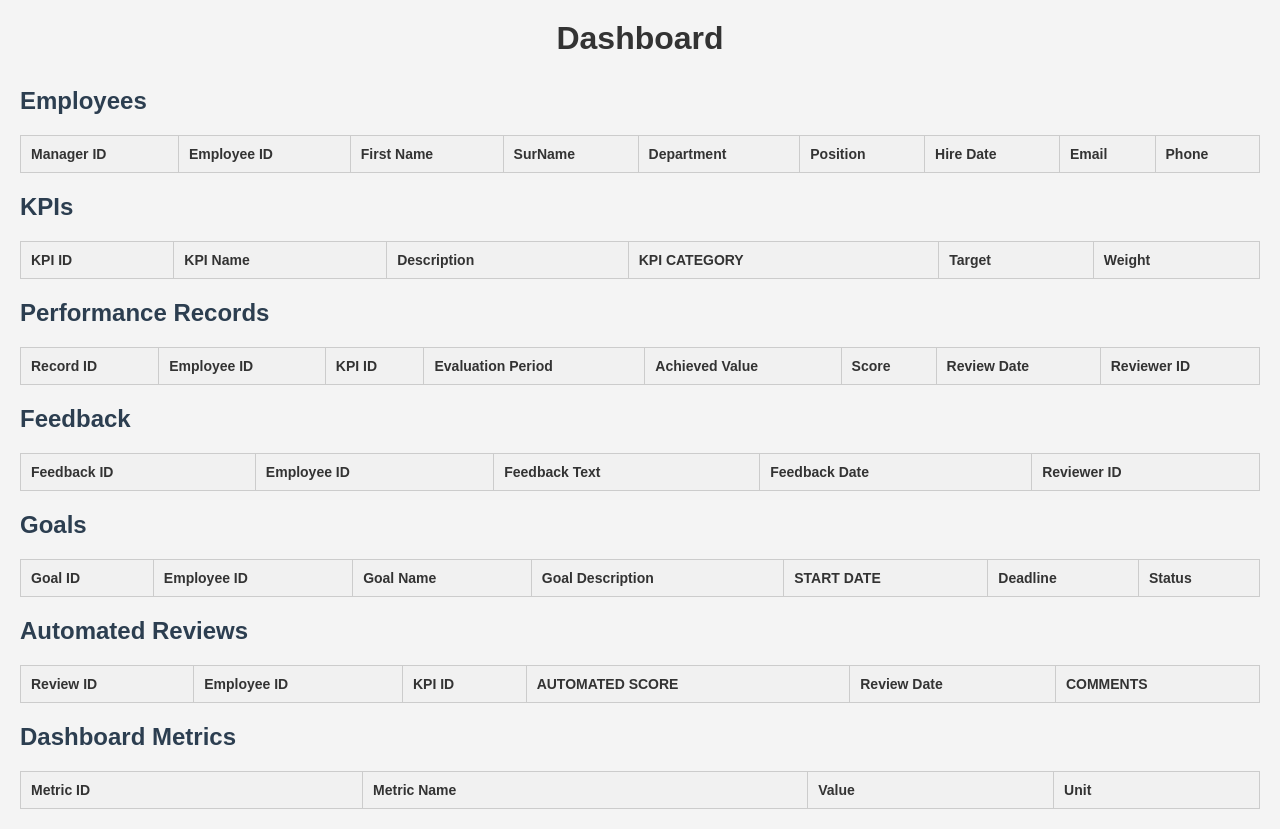
Repository: Wuda2000/Mongodb
Page: http://localhost/dashboard
An editor plug-in stored every save of this project. The page is shown before and after the next save, followed by the edit.
The browser window is 1280 px wide. The pictures show the whole page.
The page is served by the project's application, run on Flask 3 (app.py). Queries for data that is not in the repository find no rows.

Above is the page before, as saved 2024-11-11 18:49:16.

After the next save:
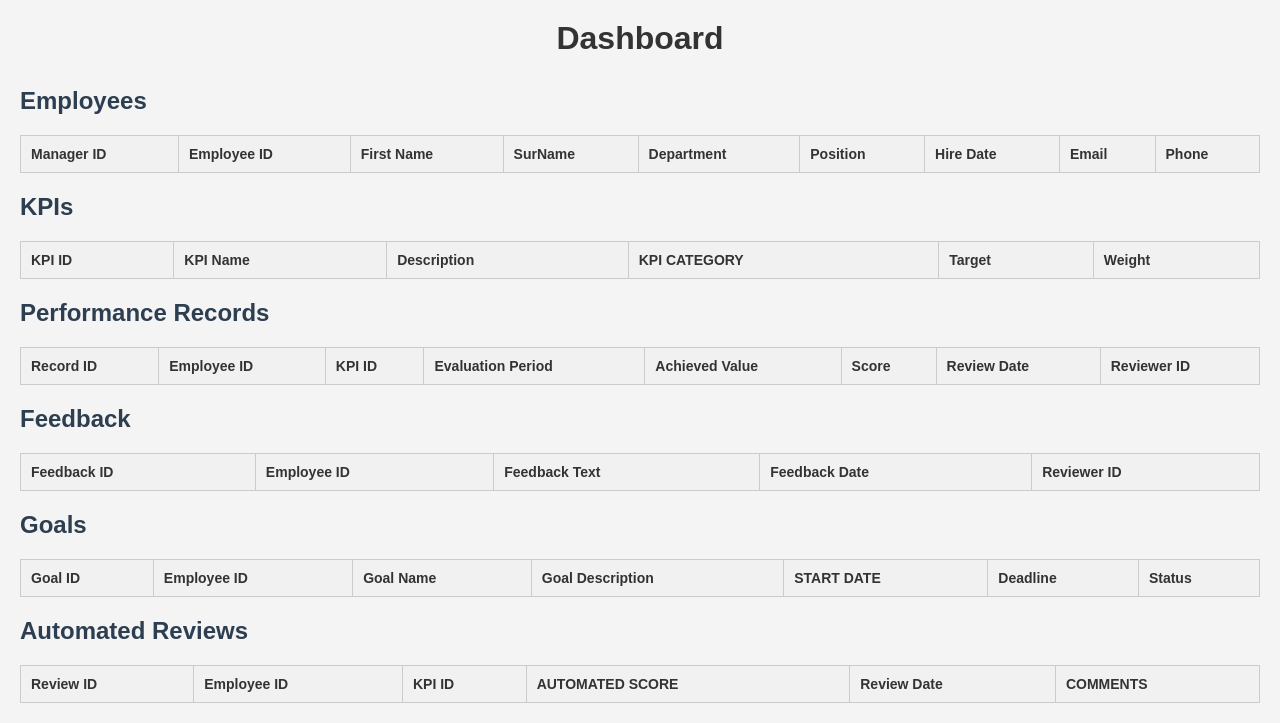
Saved 58 s later.
--- a/templates/dashboard.html
+++ b/templates/dashboard.html
@@ -181,28 +181,7 @@
         </tbody>
     </table>
 
-    <!-- Dashboard Metrics Table -->
-    <h2>Dashboard Metrics</h2>
-    <table border="1">
-        <thead>
-            <tr>
-                <th>Metric ID</th>
-                <th>Metric Name</th>
-                <th>Value</th>
-                <th>Unit</th>
-            </tr>
-        </thead>
-        <tbody>
-            {% for metric in dashboard_metrics %}
-                <tr>
-                    <td>{{ metric['Metric ID'] }}</td>
-                    <td>{{ metric['Metric Name'] }}</td>
-                    <td>{{ metric['Value'] }}</td>
-                    <td>{{ metric['Unit'] }}</td>
-                </tr>
-            {% endfor %}
-        </tbody>
-    </table>
+
 
 </body>
 </html>
